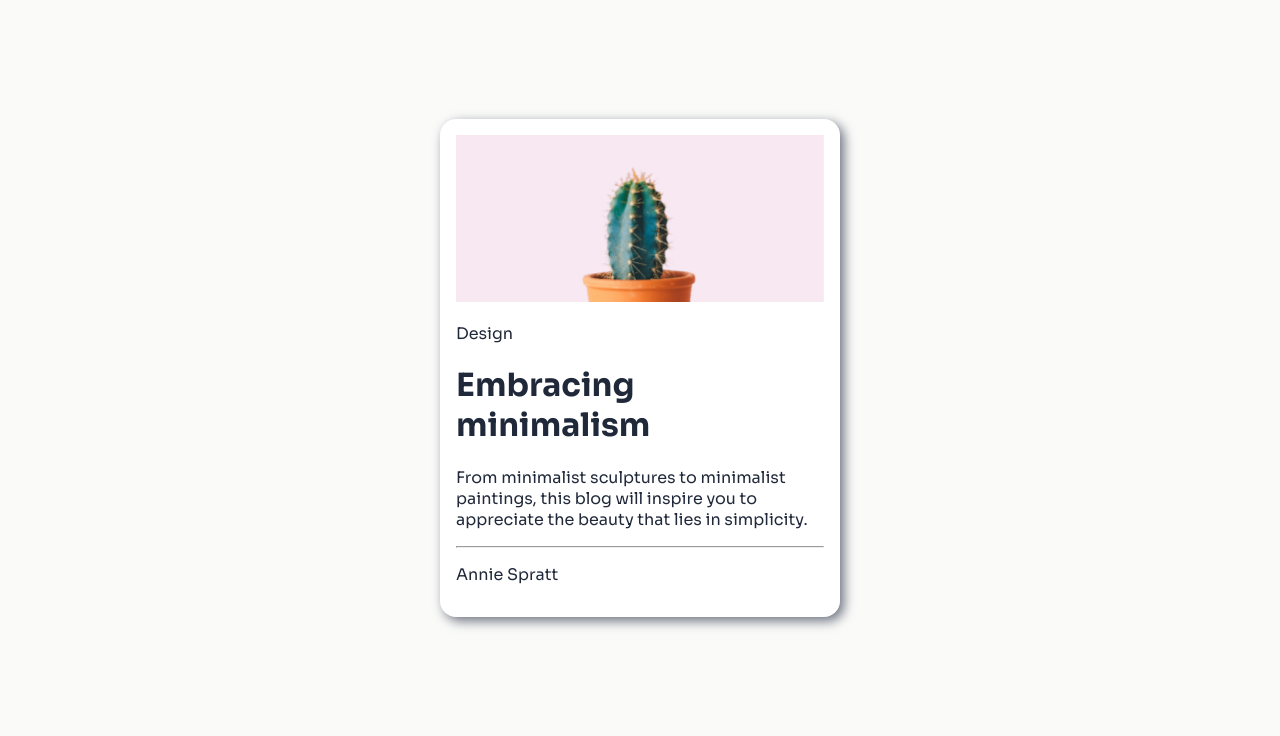
Repository: PCGP22/devChallengesio
Page: 01 - Minimal Blog Card/blogCard.html
The author's editor kept a copy of each file at every save. The page is drawn from the files as they stood at one save, then again after the next save.
The browser window is 1280 px wide. The pictures show the whole page.

Above is the page before, as saved 2024-01-01 19:54:14.

After the next save:
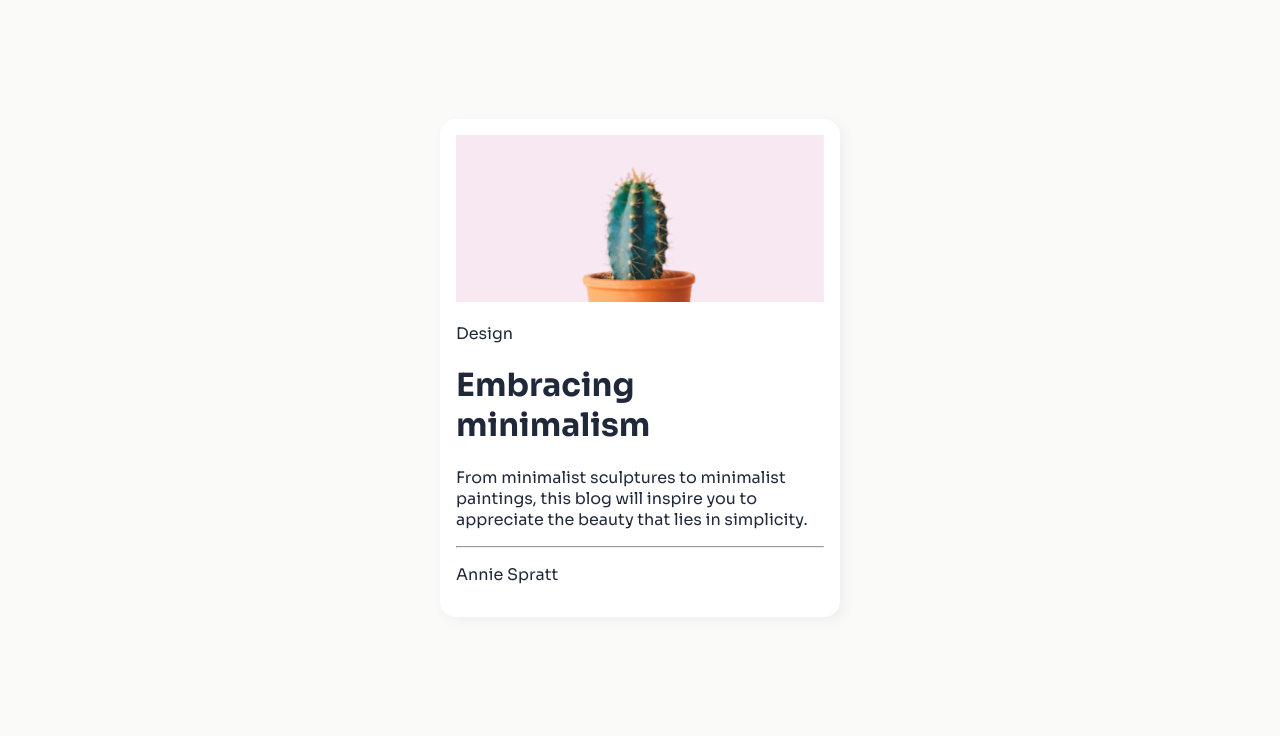
Saved 72 s later.
--- a/01 - Minimal Blog Card/styles.css
+++ b/01 - Minimal Blog Card/styles.css
@@ -8,9 +8,9 @@
     --card_background: #FFFFFF;
     --text_title: #20293A;
     --text_body: #6C727F;
+    --shadow: #efefee;
 
     --card_width: 368px;
-
 
     font-family: 'Sora', sans-serif;;
     color: var(--text_title);
@@ -28,7 +28,7 @@ body{
     padding: 16px;
     max-width: var(--card_width);
     border-radius: 16px;
-    box-shadow: var(--text_body) 4px 4px 12px;
+    box-shadow: var(--shadow) 4px 4px 12px;
 }
 
 .card img{
